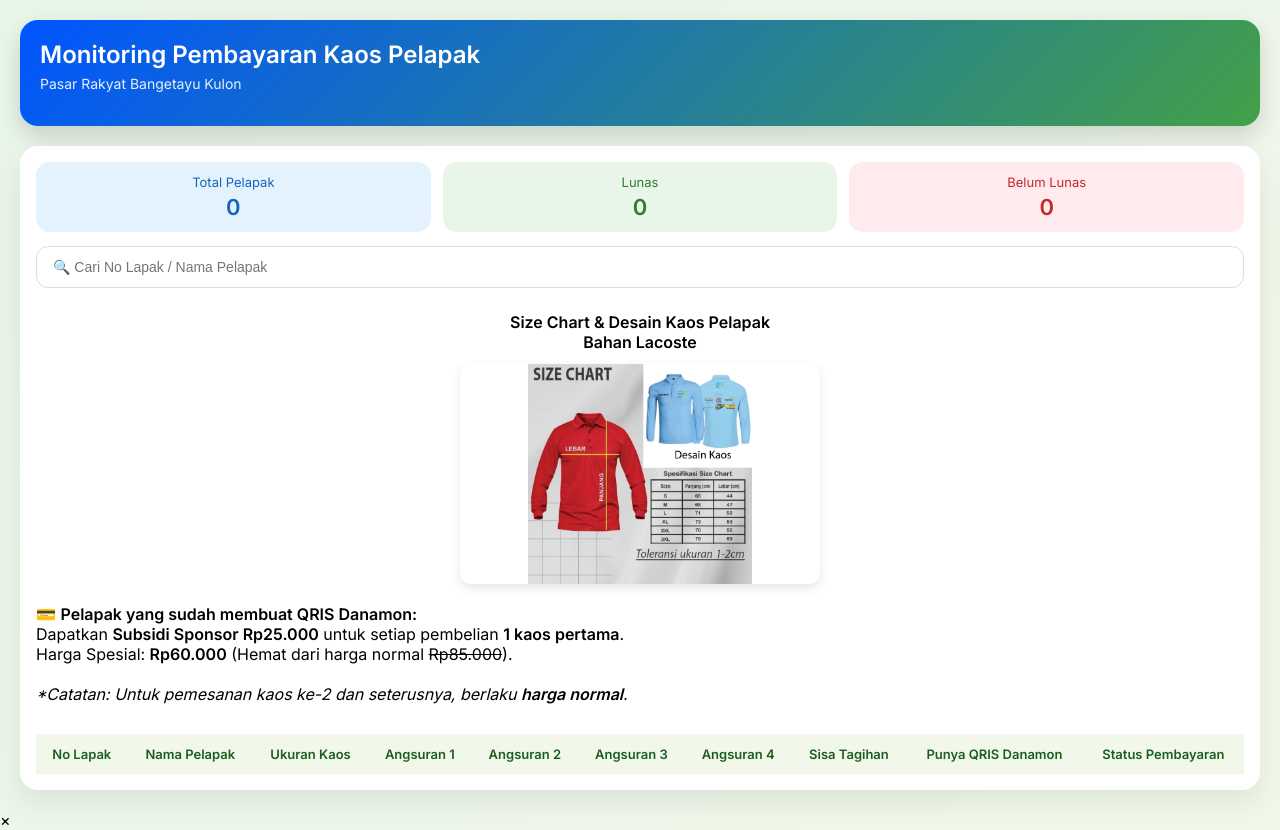
Repository: pasarrakyatbak/monitoringpembayarankaos
Page: index.html
An editor plug-in stored every save of this project. The page is shown before and after a run of saves, followed by the edit.
The browser window is 1280 px wide. The pictures show the whole page.
The page's requests for data from a server got no answer.

Above is the page before, as saved 2026-01-04 14:41:28.

### index.html
<!DOCTYPE html>
<html lang="id">

<head>
    <meta charset="UTF-8">
    <meta name="viewport" content="width=device-width, initial-scale=1.0">
    <title>Monitoring Pembayaran Kaos</title>

    <!-- FONT -->
    <link rel="preconnect" href="https://fonts.googleapis.com">
    <link rel="preconnect" href="https://fonts.gstatic.com" crossorigin>
    <link href="https://fonts.googleapis.com/css2?family=Inter:wght@400;500;600&display=swap" rel="stylesheet">

    <link rel="stylesheet" href="style.css">
</head>

<body>

    <div class="app">

        <!-- HEADER -->
        <header class="header">
            <h1>Monitoring Pembayaran Kaos Pelapak</h1>
            <p>Pasar Rakyat Bangetayu Kulon</p>
        </header>

        <!-- CARD -->
        <div class="card">

            <!-- RINGKASAN -->
            <div class="summary" id="summary">
                <div class="summary-card total">
                    <span>Total Pelapak</span>
                    <strong id="totalPelapak">0</strong>
                </div>
                <div class="summary-card lunas">
                    <span>Lunas</span>
                    <strong id="totalLunas">0</strong>
                </div>
                <div class="summary-card belum">
                    <span>Belum Lunas</span>
                    <strong id="totalBelum">0</strong>
                </div>
            </div>

            <!-- TOOLBAR -->
            <div class="toolbar">
                <input type="text" id="searchInput" placeholder="🔍 Cari No Lapak / Nama Pelapak">
            </div>

            <!-- ====== SECTION GAMBAR KAOS ====== -->
            <section class="kaos-section">
                <h2>Size Chart & Desain Kaos Pelapak <br>
                    Bahan Lacoste</h2>

                <div class="kaos-image-wrapper">
                    <img src="assets/img/kaos.png" alt="Size Chart dan Desain Kaos" class="kaos-image" id="kaosImage">
                </div>
            </section>
            <!-- ===== INFO SUBSIDI QRIS ===== -->
            <div class="qris-info">
                <p>
                    💳 <strong>Pelapak yang sudah membuat QRIS Danamon:</strong><br>
                    Dapatkan <strong>Subsidi Sponsor Rp25.000</strong> untuk setiap pembelian <strong>1 kaos
                        pertama</strong>.<br>
                    Harga Spesial: <strong>Rp60.000</strong> (Hemat dari harga normal <del>Rp85.000</del>).<br><br>
                    <em>*Catatan: Untuk pemesanan kaos ke-2 dan seterusnya, berlaku <strong>harga normal</strong>.</em>
                </p>
            </div>
            <!-- DESKTOP TABLE -->
            <div class="desktop-view">
                <table>
                    <thead>
                        <tr>
                            <th>No Lapak</th>
                            <th>Nama Pelapak</th>
                            <th>Ukuran Kaos</th>
                            <th>Angsuran 1</th>
                            <th>Angsuran 2</th>
                            <th>Angsuran 3</th>
                            <th>Angsuran 4</th>
                            <th>Sisa Tagihan</th>
                            <th>Punya QRIS Danamon</th>
                            <th>Status Pembayaran</th>
                        </tr>
                    </thead>
                    <tbody id="tableBody"></tbody>
                </table>
            </div>

            <!-- MOBILE CARD -->
            <div class="mobile-view" id="cardContainer"></div>

        </div>
    </div>

    <!-- ===== MODAL ZOOM GAMBAR ===== -->
    <div class="image-modal hidden" id="imageModal">
        <span class="close">&times;</span>
        <img class="modal-content" id="modalImg">
    </div>

    <!-- ===== LOADING OVERLAY ===== -->
    <div id="loadingOverlay" class="loading-overlay hidden">
        <div class="spinner"></div>
        <p>Memuat data...</p>
    </div>
    <script src="script.js"></script>
    <!-- LOADING OVERLAY -->
    <div id="loadingOverlay" class="loading-overlay hidden">
        <div class="spinner"></div>
        <p>Memuat data...</p>
    </div>
</body>

</html>

### style.css
* {
  box-sizing: border-box;
}

body {
  margin: 0;
  font-family: 'Inter', sans-serif;
  background: linear-gradient(135deg, #e8f5e9, #f1f8e9);
}

.app {
  max-width: 1400px;
  margin: auto;
  padding: 20px;
}

/* ================= HEADER ================= */
.header {
  background: linear-gradient(135deg, #0055ff, #43a047);
  color: #fff;
  padding: 20px;
  border-radius: 18px;
  box-shadow: 0 10px 25px rgba(0, 0, 0, .15);
}

.header h1 {
  margin: 0;
  font-size: 24px;
}

.header p {
  margin-top: 6px;
  opacity: .9;
  font-size: 14px;
}

/* ================= CARD ================= */
.card {
  margin-top: 20px;
  background: #fff;
  border-radius: 18px;
  padding: 16px;
  box-shadow: 0 12px 30px rgba(0, 0, 0, .08);
}

/* ================= SUMMARY ================= */
.summary {
  display: grid;
  grid-template-columns: repeat(3, 1fr);
  gap: 12px;
  margin-bottom: 14px;
}

.summary-card {
  background: #f5f5f5;
  border-radius: 14px;
  padding: 12px;
  text-align: center;
  font-size: 13px;
}

.summary-card strong {
  display: block;
  font-size: 22px;
  margin-top: 4px;
}

.summary-card.total {
  background: #e3f2fd;
  color: #1565c0;
}

.summary-card.lunas {
  background: #e8f5e9;
  color: #2e7d32;
}

.summary-card.belum {
  background: #ffebee;
  color: #c62828;
}

/* ================= TOOLBAR ================= */
.toolbar input {
  width: 100%;
  padding: 12px 16px;
  border-radius: 12px;
  border: 1px solid #ddd;
  font-size: 14px;
}

.toolbar input:focus {
  outline: none;
  border-color: #2e7d32;
}

/* ================= TABLE ================= */
.desktop-view {
  overflow-x: auto;
}

table {
  width: 100%;
  border-collapse: collapse;
  margin-top: 14px;
  min-width: 1000px;
}

thead th {
  background: #f1f8e9;
  color: #1b5e20;
  padding: 12px;
  font-size: 13px;
  position: sticky;
  top: 0;
}

tbody td {
  padding: 12px;
  font-size: 13px;
  text-align: center;
  border-bottom: 1px solid #eee;
}

tbody tr:hover {
  background: #fafafa;
}

/* 🔴 AUTO MERAH BELUM LUNAS */
tr.belum-lunas {
  background: #ffebee !important;
}

tr.belum-lunas:hover {
  background: #ffcdd2 !important;
}

/* ================= BADGE ================= */
.badge {
  padding: 4px 10px;
  border-radius: 20px;
  font-size: 12px;
  font-weight: 600;
}

.badge-lunas {
  background: #e8f5e9;
  color: #2e7d32;
}

.badge-belum {
  background: #fff3e0;
  color: #ef6c00;
}

.badge-yes {
  background: #e3f2fd;
  color: #1565c0;
}

.badge-no {
  background: #fce4ec;
  color: #c2185b;
}

/* ================= MOBILE CARD ================= */
.mobile-view {
  display: none;
  margin-top: 16px;
  gap: 14px;
}

.pelapak-card {
  background: #fff;
  border-radius: 16px;
  padding: 14px;
  box-shadow: 0 8px 20px rgba(0, 0, 0, .08);
  border-left: 6px solid #2e7d32;
}

/* 🔴 CARD MERAH BELUM LUNAS */
.pelapak-card.belum-lunas {
  border-left-color: #c62828;
  background: #fff5f5;
}

.pelapak-header {
  display: flex;
  justify-content: space-between;
  align-items: center;
}

.lapak {
  font-weight: 600;
  color: #1b5e20;
}

.nama {
  font-size: 13px;
  color: #555;
}

.pelapak-body {
  margin-top: 10px;
  display: grid;
  grid-template-columns: repeat(2, 1fr);
  gap: 8px;
}

.item {
  background: #f1f8e9;
  border-radius: 10px;
  padding: 8px;
  text-align: center;
  font-size: 12px;
}

.item span {
  display: block;
  font-size: 11px;
  color: #666;
}

.summary {
  display: grid;
  grid-template-columns: repeat(3, 1fr);
  gap: 12px;
  margin-bottom: 14px;
}

.summary-card {
  border-radius: 14px;
  padding: 12px;
  text-align: center;
  font-size: 13px;
}

.summary-card strong {
  display: block;
  font-size: 22px;
  margin-top: 4px;
}

.summary-card.total {
  background: #e3f2fd;
  color: #1565c0;
}

.summary-card.lunas {
  background: #e8f5e9;
  color: #2e7d32;
}

.summary-card.belum {
  background: #ffebee;
  color: #c62828;
}

/* ================= LOADING ================= */
.loading-overlay {
  position: fixed;
  top: 0;
  left: 0;
  width: 100%;
  height: 100%;
  background: rgba(255, 255, 255, 0.85);
  display: flex;
  flex-direction: column;
  align-items: center;
  justify-content: center;
  z-index: 9999;
  backdrop-filter: blur(4px);
}

.loading-overlay p {
  margin-top: 12px;
  font-size: 14px;
  color: #2e7d32;
  font-weight: 500;
}

.loading-overlay.hidden {
  display: none;
}

.spinner {
  width: 48px;
  height: 48px;
  border: 5px solid #e0e0e0;
  border-top: 5px solid #2e7d32;
  border-radius: 50%;
  animation: spin 1s linear infinite;
}

@keyframes spin {
  to {
    transform: rotate(360deg);
  }
}

/* =============================
   SECTION GAMBAR KAOS
============================= */
.kaos-section {
  margin-top: 24px;
  text-align: center;
}

.kaos-section h2 {
  font-size: 16px;
  font-weight: 600;
  margin-bottom: 12px;
}

/* WRAPPER */
.kaos-image-wrapper {
  max-width: 360px;
  /* BATAS LEBAR */
  margin: 0 auto;
}

/* GAMBAR */
.kaos-image {
  width: 100%;
  max-height: 220px;
  /* BATAS TINGGI */
  object-fit: contain;
  border-radius: 10px;
  box-shadow: 0 4px 10px rgba(0, 0, 0, .1);
}

/* TEKS HINT */
.hint {
  font-size: 12px;
  color: #777;
  margin-top: 6px;
}

/* =============================
   RESPONSIVE DESKTOP
============================= */
/* ================= RESPONSIVE ================= */
@media (max-width: 768px) {
  .summary {
    grid-template-columns: 1fr;
  }

  .kaos-image-wrapper {
    max-width: 420px;
  }

  .kaos-image {
    max-height: 260px;
  }

  .desktop-view {
    display: none;
  }

  .mobile-view {
    display: grid;
    grid-template-columns: 1fr;
    gap: 16px;
  }

  .summary {
    grid-template-columns: 1fr;
  }

  .lapak {
    font-size: 16px;
  }

  .nama {
    font-size: 14px;
  }

  .pelapak-body {
    font-size: 13px;
  }

  .item.full {
    grid-column: span 2;
  }

  .item strong {
    font-weight: 600;
    color: #2e7d32;
  }
}

### script.js
const API_URL = "https://script.google.com/macros/s/AKfycby4z2qZ24SrJkcyGpybH29lSUC_3_z1LG-7wSmTzpaOEXrwjXf0Cl3hqkg95qAxPj1-/exec";

let allData = [];

document.addEventListener('DOMContentLoaded', () => {
    const searchInput = document.getElementById('searchInput');
    const tableBody = document.getElementById('tableBody');
    const cardContainer = document.getElementById('cardContainer');

    const loadingOverlay = document.getElementById('loadingOverlay');

    // =============================
    // LOADING HELPER
    // =============================
    function showLoading() {
        loadingOverlay.classList.remove('hidden');
    }

    function hideLoading() {
        loadingOverlay.classList.add('hidden');
    }

    // =============================
    // LOAD DATA
    // =============================
    async function loadData() {
        try {
            showLoading();

            const res = await fetch(API_URL + "?action=list");
            const data = await res.json();

            allData = data;
            renderAll(data);
            renderSummary(data);

        } catch (err) {
            console.error(err);
            alert("Gagal memuat data");
        } finally {
            hideLoading();
        }
    }

    // =============================
    // SUMMARY
    // =============================
    function renderSummary(data) {
        const totalPelapak = data.length;
        const totalLunas = data.filter(d => d.lunas).length;
        const totalBelum = totalPelapak - totalLunas;

        document.getElementById('totalPelapak').textContent = totalPelapak;
        document.getElementById('totalLunas').textContent = totalLunas;
        document.getElementById('totalBelum').textContent = totalBelum;
    }

    // =============================
    // RENDER ALL
    // =============================
    function renderAll(data) {
        renderTable(data);
        renderCard(data);
    }

    // =============================
    // TABLE (DESKTOP)
    // =============================
    function renderTable(data) {
        tableBody.innerHTML = '';

        data.forEach((row, index) => {
            const statusText = row.lunas ? 'Lunas' : 'Belum Lunas';
            const statusBadge = row.lunas ? 'badge-lunas' : 'badge-belum';
            const rowClass = row.lunas ? '' : 'belum-lunas';

            tableBody.innerHTML += `
        <tr class="${rowClass}">
          <td>${row.noLapak}</td>
          <td>${row.nama}</td>
          <td>${row.ukuran}</td>
          <td>${row.a1}</td>
          <td>${row.a2}</td>
          <td>${row.a3}</td>
          <td>${row.a4}</td>
          <td>Rp ${Number(row.total).toLocaleString('id-ID')}</td>
          <td>
            <input type="checkbox" ${row.qris ? 'checked' : ''} data-index="${index}">
          </td>
          <td>
            <span class="badge ${statusBadge}">${statusText}</span>
          </td>
        </tr>
      `;
        });
    }

    // =============================
    // CARD (MOBILE)
    // =============================
    function renderCard(data) {
        cardContainer.innerHTML = '';

        data.forEach((row, index) => {
            const statusText = row.lunas ? 'Lunas' : 'Belum Lunas';
            const statusBadge = row.lunas ? 'badge-lunas' : 'badge-belum';
            const cardClass = row.lunas ? '' : 'belum-lunas';

            cardContainer.innerHTML += `
        <div class="pelapak-card ${cardClass}">
          <div class="pelapak-header">
            <div>
              <div class="lapak">Lapak ${row.noLapak}</div>
              <div class="nama">${row.nama}</div>
            </div>
            <span class="badge ${statusBadge}">${statusText}</span>
          </div>

          <div class="pelapak-body">
            <div class="item"><span>Ukuran Kaos</span><strong>${row.ukuran}</strong></div>
            <div class="item"><span>Angsuran 1</span><strong>${row.a1}</strong></div>
            <div class="item"><span>Angsuran 2</span><strong>${row.a2}</strong></div>
            <div class="item"><span>Angsuran 3</span><strong>${row.a3}</strong></div>
            <div class="item"><span>Angsuran 4</span><strong>${row.a4}</strong></div>
            <div class="item"><span>Sisa Tagihan</span><strong>Rp ${Number(row.total).toLocaleString('id-ID')}</strong></div>
            <div class="item full">
              <span>Punya QRIS Danamon</span>
              <input type="checkbox" ${row.qris ? 'checked' : ''} data-index="${index}">
            </div>
          </div>
        </div>
      `;
        });
    }


    // =============================
    // UPDATE QRIS (WITH LOADING)
    // =============================
    document.body.addEventListener('change', async (e) => {
        if (e.target.type === 'checkbox' && e.target.dataset.index !== undefined) {
            const index = e.target.dataset.index;

            try {
                showLoading();

                const formData = new FormData();
                formData.append("action", "updateQRIS");
                formData.append("index", index);
                formData.append("qris", e.target.checked ? "true" : "false");

                await fetch(API_URL, {
                    method: "POST",
                    body: formData
                });

                await loadData();
            } catch (err) {
                console.error(err);
                alert("Gagal update data");
            } finally {
                hideLoading();
            }
        }
    });

    // =============================
    // SEARCH
    // =============================
    searchInput.addEventListener('keyup', () => {
        const keyword = searchInput.value.toLowerCase();

        const filtered = allData.filter(item =>
            item.noLapak.toString().includes(keyword) ||
            item.nama.toLowerCase().includes(keyword)
        );

        renderAll(filtered);
        renderSummary(filtered);
    });

    // INIT
    loadData();
});

After the next 2 saves:
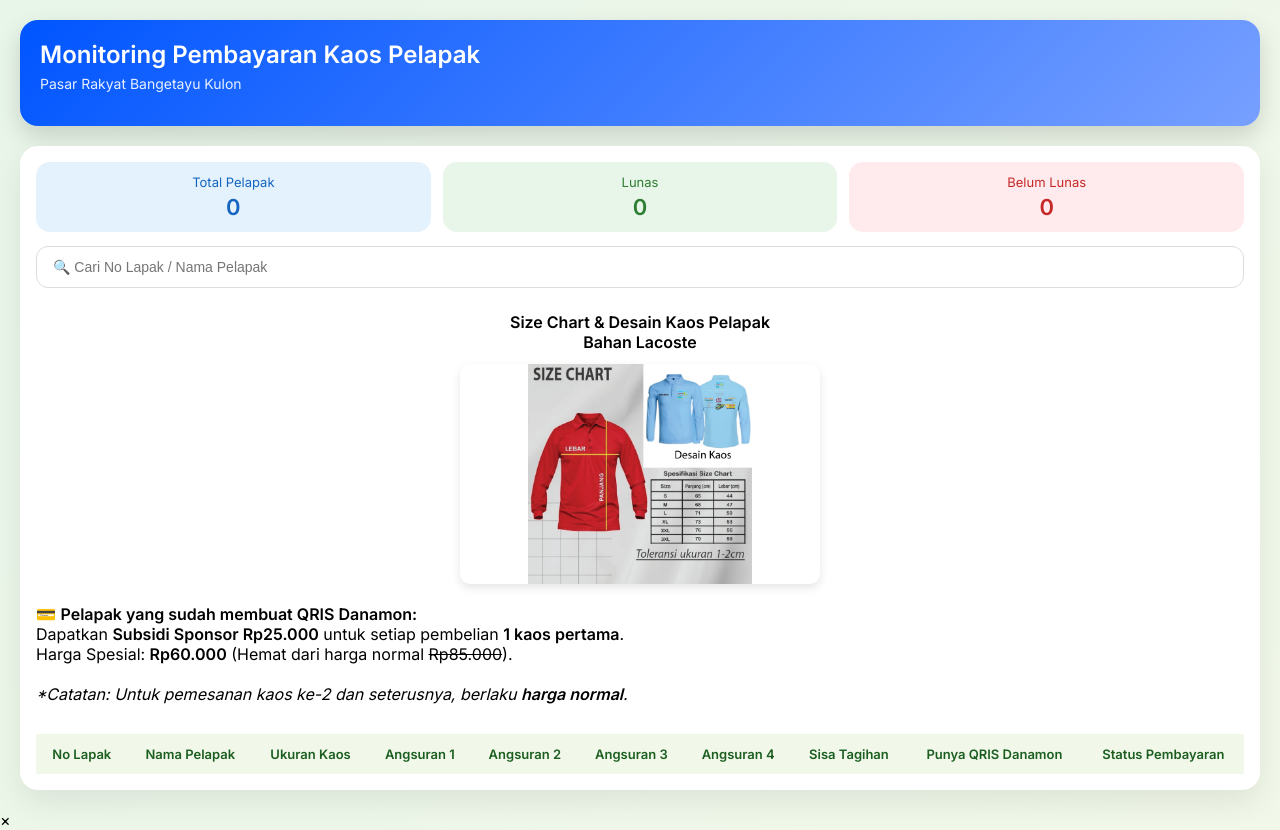
The 2 saves are shown as one change because they came seconds apart.
The last was saved 8 s later.
--- a/style.css
+++ b/style.css
@@ -16,7 +16,7 @@ body {
 
 /* ================= HEADER ================= */
 .header {
-  background: linear-gradient(135deg, #0055ff, #43a047);
+  background: linear-gradient(135deg, #0055ff, #77a0ff);
   color: #fff;
   padding: 20px;
   border-radius: 18px;
